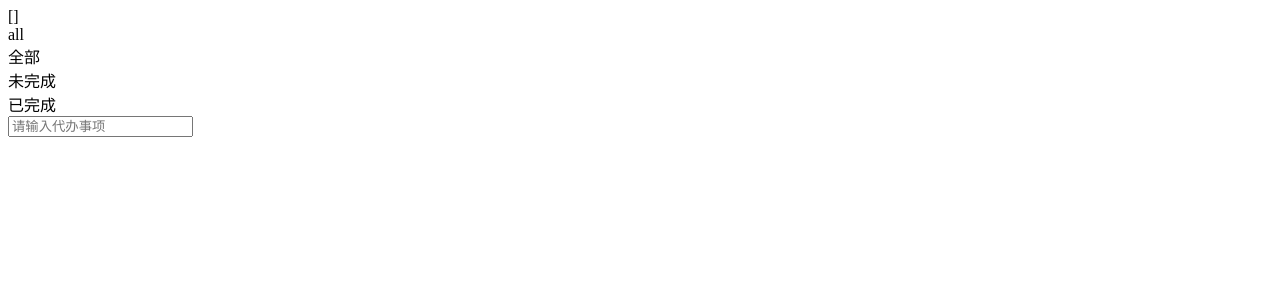
Repository: wujieli0207/mini-pinia-demo
Page: /
An editor plug-in stored every save of this project. The page is shown before and after the next save, followed by the edit.
The browser window is 1280 px wide. The pictures show the whole page.
The project was rebuilt for these pictures with package versions that can differ from the ones it lists, and the page was loaded fresh each time. Also part of the build but not shown: vite.config.ts.

Above is the page before, as saved 2022-11-26 19:36:12.

After the next save:
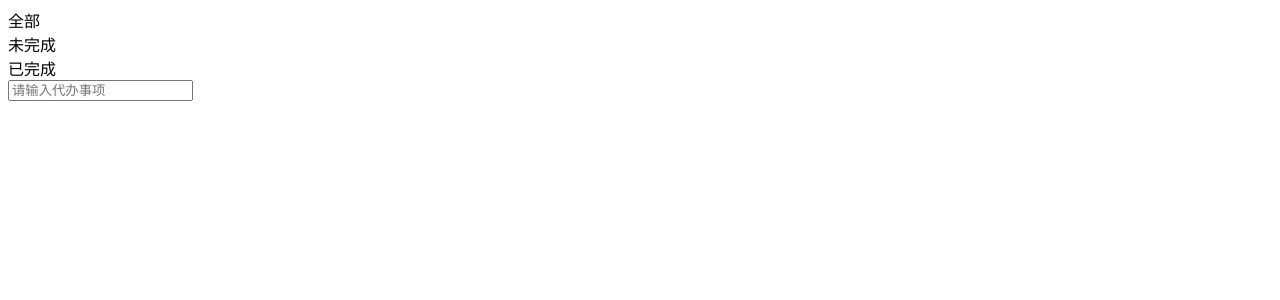
Saved 38 s later.
--- a/src/components/TodoList.vue
+++ b/src/components/TodoList.vue
@@ -1,10 +1,4 @@
 <template>
-  <div>
-    {{ todos }}
-  </div>
-  <div>
-    {{ active }}
-  </div>
   <van-tabs v-model:active="active" @change="handleChangeTab">
     <template v-for="item in tabList" :key="item.title">
       <van-tab :title="item.title" :name="item.name">
